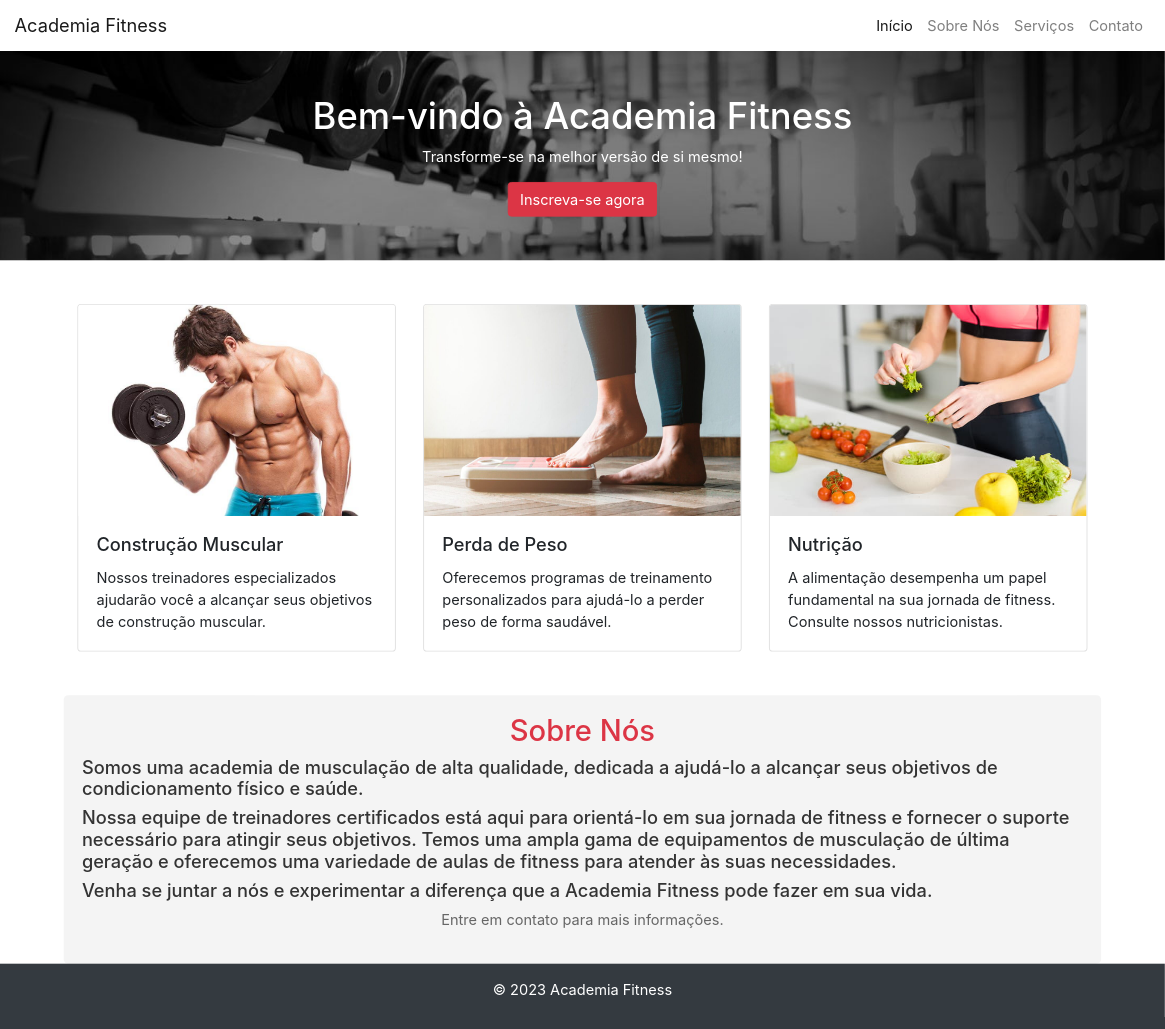
Repository: 01nethy/pratica14
Page: index.html
An editor plug-in stored every save of this project. The page is shown before and after the next save, followed by the edit.
The browser window is 1280 px wide. The pictures show the whole page, at 91% of full size.

Above is the page before, as saved 2023-09-08 00:13:30.

### index.html
<!DOCTYPE html>
<html lang="pt-BR">
<head>
    <meta charset="UTF-8">
    <meta name="viewport" content="width=device-width, initial-scale=1.0">
    <title>Academia de Musculação</title>
    <link rel="stylesheet" href="https://stackpath.bootstrapcdn.com/bootstrap/4.5.2/css/bootstrap.min.css">
    <link rel="stylesheet" href="style.css">
</head>
<body>

<!-- Barra de navegação -->
<nav class="navbar navbar-expand-lg navbar-light bg-white">
    <a class="navbar-brand" href="#">Academia Fitness</a>
    <button class="navbar-toggler" type="button" data-toggle="collapse" data-target="#navbarNav" aria-controls="navbarNav" aria-expanded="false" aria-label="Toggle navigation">
        <span class="navbar-toggler-icon"></span>
    </button>
    <div class="collapse navbar-collapse" id="navbarNav">
        <ul class="navbar-nav ml-auto">
            <li class="nav-item active">
                <a class="nav-link" href="#">Início</a>
            </li>
            <li class="nav-item">
                <a class="nav-link" href="#">Sobre Nós</a>
            </li>
            <li class="nav-item">
                <a class="nav-link" href="#">Serviços</a>
            </li>
            <li class="nav-item">
                <a class="nav-link" href="#">Contato</a>
            </li>
        </ul>
    </div>
</nav>

<!-- Cabeçalho -->
<header id="fundo" class="py-5 text-center">
    <h1>Bem-vindo à Academia Fitness</h1>
    <p>Transforme-se na melhor versão de si mesmo!</p>
    <a class="btn btn-danger" href="#">Inscreva-se agora</a>
</header>

<!-- Seção de Destaque -->
<section class="container my-5">
    <div class="row">
        <div class="col-md-4">
            <div class="card">
                <img src="massa.jpg" class="card-img-top" alt="Ganho de Massa">
                <div class="card-body">
                    <h5 class="card-title">Construção Muscular</h5>
                    <p class="card-text">Nossos treinadores especializados ajudarão você a alcançar seus objetivos de construção muscular.</p>
                </div>
            </div>
        </div>
        <div class="col-md-4">
            <div class="card">
                <img src="peso.jpeg" class="card-img-top" alt="Perda de Peso">
                <div class="card-body">
                    <h5 class="card-title">Perda de Peso</h5>
                    <p class="card-text">Oferecemos programas de treinamento personalizados para ajudá-lo a perder peso de forma saudável.</p>
                </div>
            </div>
        </div>
        <div class="col-md-4">
            <div class="card">
                <img src="nutricao.jpg" class="card-img-top" alt="Nutrição">
                <div class="card-body">
                    <h5 class="card-title">Nutrição</h5>
                    <p class="card-text">A alimentação desempenha um papel fundamental na sua jornada de fitness. Consulte nossos nutricionistas.</p>
                </div>
            </div>
        </div>
    </div>
</section>

<div class="container mt-5 info">
    <h2 class="text-danger text-center">Sobre Nós</h2>
    <h6>Somos uma academia de musculação de alta qualidade, dedicada a ajudá-lo a alcançar seus objetivos de condicionamento físico e saúde.</h6>
    <h6>Nossa equipe de treinadores certificados está aqui para orientá-lo em sua jornada de fitness e fornecer o suporte necessário para atingir seus objetivos. Temos uma ampla gama de equipamentos de musculação de última geração e oferecemos uma variedade de aulas de fitness para atender às suas necessidades.</h6>
    <h6>Venha se juntar a nós e experimentar a diferença que a Academia Fitness pode fazer em sua vida.</h6>
    <p class="text-center">Entre em contato para mais informações.</p>
</div>

<!-- Rodapé -->
<footer class="bg-dark text-white text-center py-3">
    <p>&copy; 2023 Academia Fitness</p>
</footer>


</body>
</html>

### style.css
#fundo{

    background: url(background2.jpg) top left;
    background-size: cover;

}

header{
    color: white;
}

.info {
    background-color: #f4f4f4;
    padding: 20px;
    border-radius: 5px;
    margin-top: 20px;
}

.info h6 {
    font-size: 20px;
    color: #333;
}

.info p {
    font-size: 16px;
    color: #666;
}

After the next save:
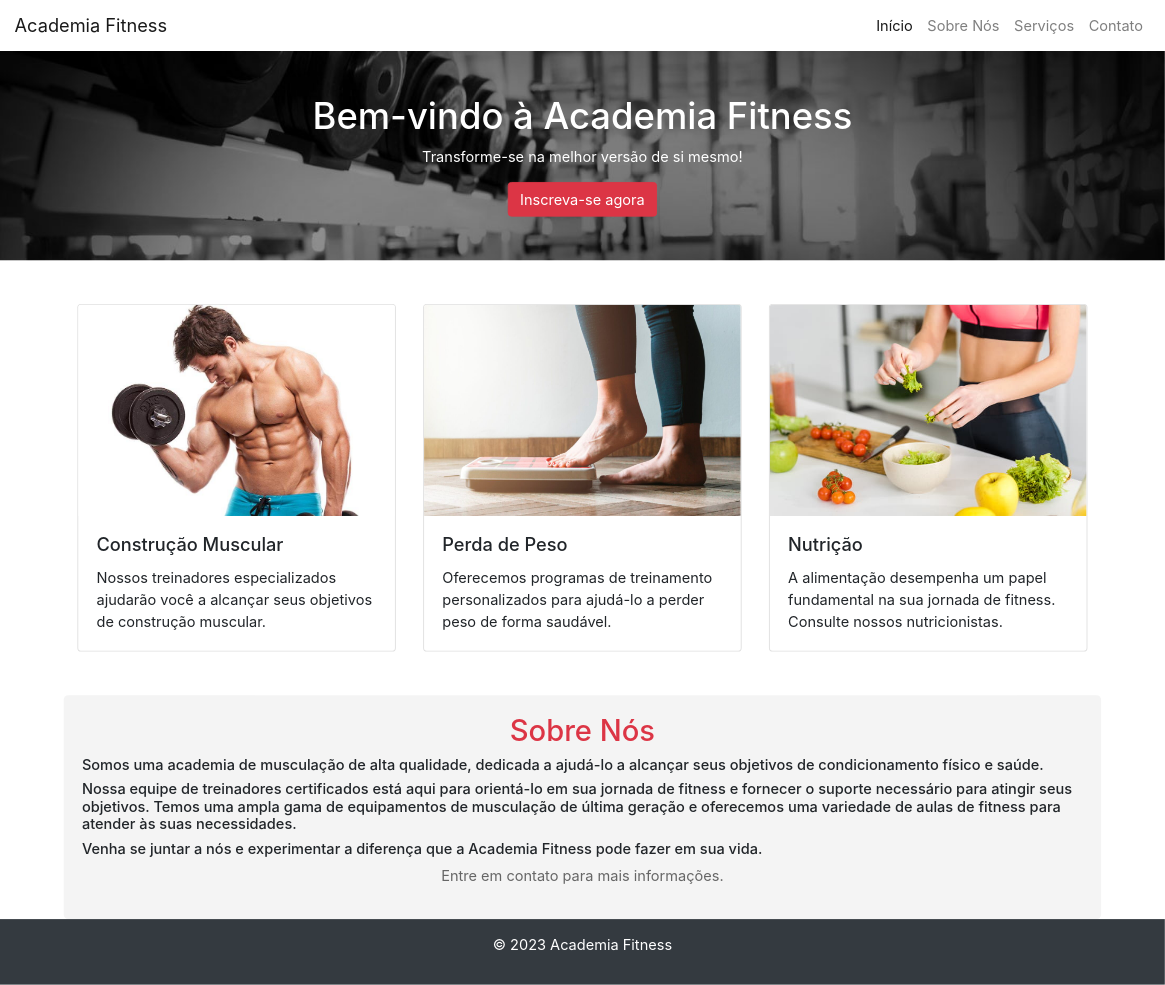
Saved 69 s later.
--- a/style.css
+++ b/style.css
@@ -16,11 +16,6 @@ header{
     margin-top: 20px;
 }
 
-.info h6 {
-    font-size: 20px;
-    color: #333;
-}
-
 .info p {
     font-size: 16px;
     color: #666;
